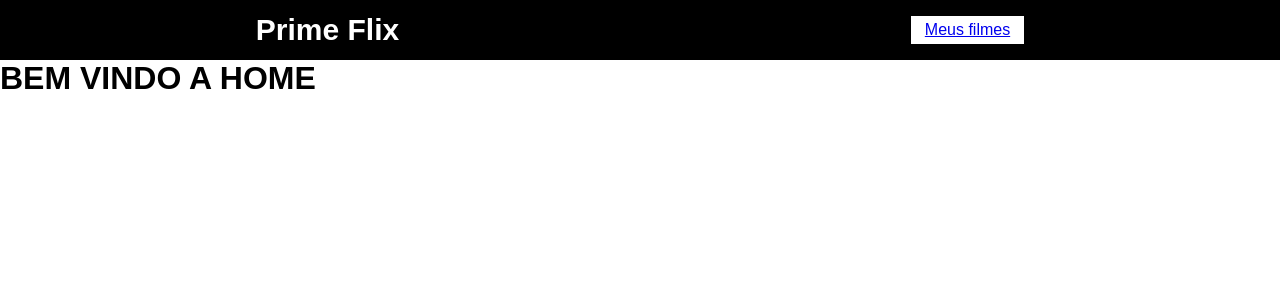
Repository: devsamuel23/primeflix_git
Page: /
An editor plug-in stored every save of this project. The page is shown before and after the next save, followed by the edit.
The browser window is 1280 px wide. The pictures show the whole page.
The project was rebuilt for these pictures with package versions that can differ from the ones it lists, and the page was loaded fresh each time. Also part of the build but not shown: src/pages/Filme/index.js.

Above is the page before, as saved 2023-05-19 15:18:34.

After the next save:
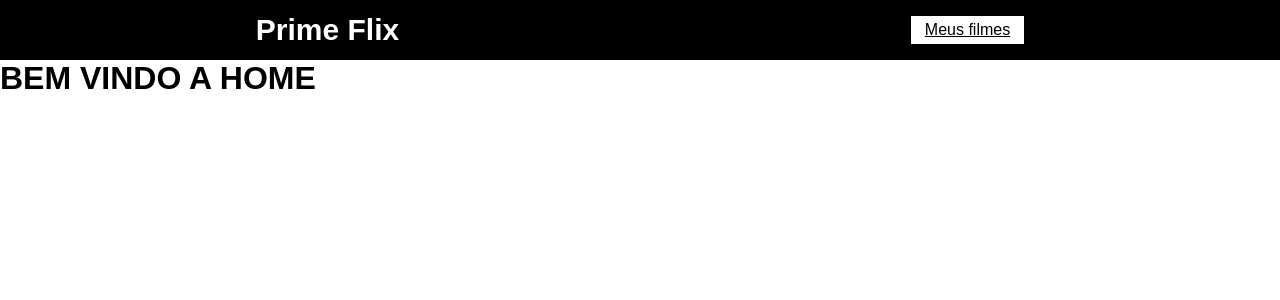
Saved 6 s later.
--- a/src/components/Header/header.css
+++ b/src/components/Header/header.css
@@ -18,5 +18,5 @@ header{
     cursor: pointer;
     background-color: #fff;
     padding: 5px 14px;
-    color: ;
+    color: #000000;
 }
